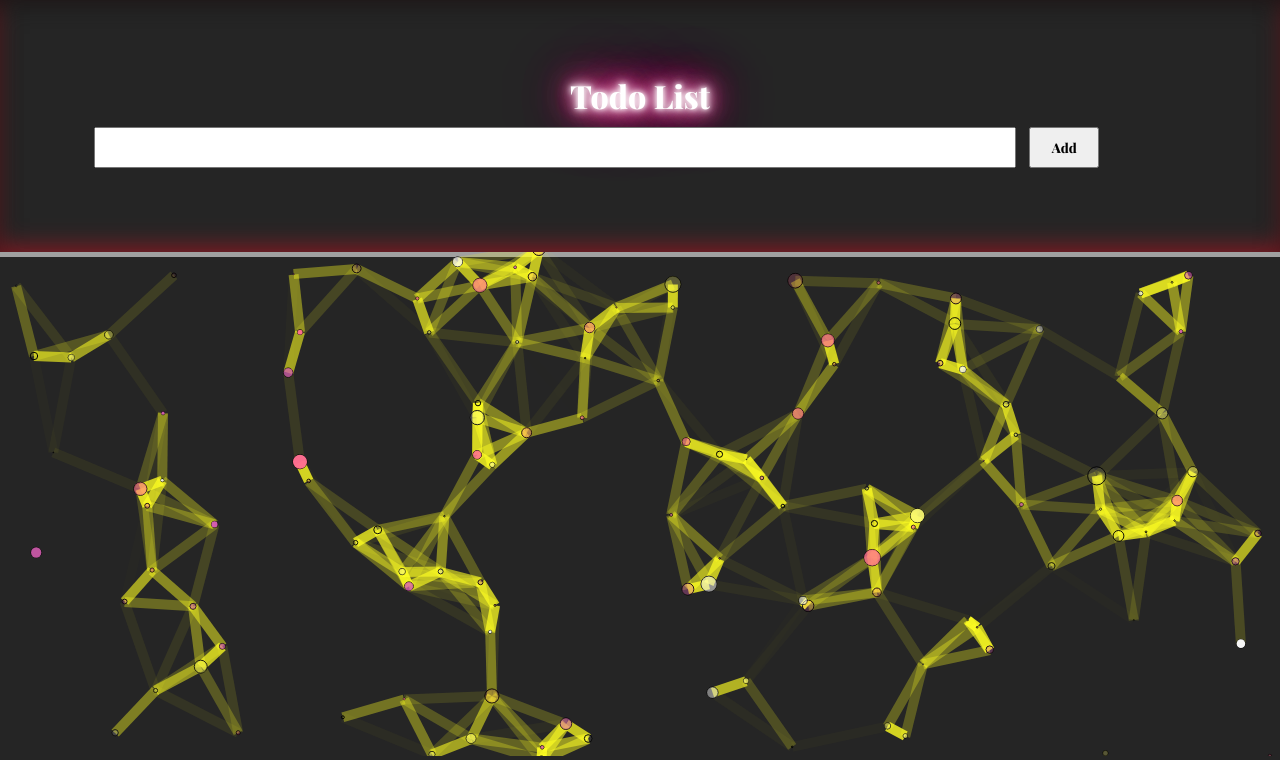
Repository: TENSAEA/----todo
Page: index.html
These files come from the project's save history. The page is drawn as it stood at one moment and after the next save; the edit follows.
The browser window is 1280 px wide. The pictures show the whole page.
Some web fonts or font styles are not loaded; a fallback is used.

Above is the page before, as saved 2023-10-12 22:31:37.

### index.html
<!DOCTYPE html>
<html lang="en">
  <head>
    <meta charset="UTF-8" />
    <meta name="viewport" content="width=device-width, initial-scale=1.0" />
    <title>TodoList</title>
    <link rel="stylesheet" href="style.css" />
  </head>
  <body>
    <div id="particle">
      <div class="container">
        <h1>Todo List</h1>
        <div class="header">
          <form class="form">
            <input type="text" id="add" />
            <label for="add"><button id="addBtn">Add</button></label>
          </form>
        </div>
        <div class="list-div">
          <!-- <div class="list-hide">
          <ul class="list">
            <li>
              <input class="list-text" type="text" id="edit" readonly />
              <label for="edit">
                <button class="edit">Edit</button
                ><button class="delete">Delete</button>
              </label>
            </li>
          </ul>
        </div> -->
        </div>
      </div>
    </div>
    <script src="particles.js"></script>
    <script src="https://cdn.jsdelivr.net/npm/particles.js@2.0.0/particles.min.js"></script>
    <script src="script.js"></script>
  </body>
</html>

### style.css
@import url('https://fonts.googleapis.com/css2?family=Bungee+Spice&family=Playfair+Display:wght@800&display=swap');

*{
   box-sizing:border-box;
   margin:0;
   padding:0;
   font-family: 'Bungee Spice', sans-serif;
font-family: 'Playfair Display', serif;}
body{
    background-color: #252525;
}

#particle{
    position: absolute;
      top: 0;
      left: 0;
      width: 100%;
      height: 70%;
      z-index: 2;

}

.container{
    -webkit-box-shadow: 0px 0px 0px 5px #A0A0A0, inset 0px 10px 27px -8px #141414, inset 0px -10px 27px -8px #A31925, 5px 5px 15px 5px rgba(0,0,0,0);
box-shadow: 0px 0px 0px 5px #A0A0A0, inset 0px 10px 27px -8px #141414, inset 0px -10px 27px -8px #A31925, 5px 5px 15px 5px rgba(0,0,0,0);
    display: flex;
    flex-direction: column;
    padding: 5%;
}

.container h1{
    padding:10px;
    text-align:center;
    color: #FFFFFF;
text-shadow: #FFF 0px 0px 5px, #FFF 0px 0px 10px, #FFF 0px 0px 15px, #FF2D95 0px 0px 20px, #FF2D95 0px 0px 30px, #FF2D95 0px 0px 40px, #FF2D95 0px 0px 50px, #FF2D95 0px 0px 75px;
color: #FFFFFF;


}

.header{
    padding-bottom: 20px;
}

#add{
    padding: 10px;
    width:80%;
    margin-left:30px;
}
.form label button{
    padding:10px;
    width:70px;
    margin-left:10px;
    cursor: pointer;
}

.list{
    padding-bottom: 20px;
}

.list li{
    list-style-type: none;
}

.list-div .list li .list-text{
    padding: 10px;
    width:60%;
    margin-left:60px;
}
.edit,.delete{
    padding:10px;
    width:70px;
    margin-left:10px;
    cursor: pointer;
}

@media (max-width:636px){
    .form label button{
        padding:10px;
        width:70px;
        margin:3% 40%;
        cursor: pointer;
    }
    .edit,.delete{
        padding:10px;
        width:70px;
        margin:2% 38%;
        cursor: pointer;
    }
    }

### particles.js
var config = {
  particles: {
    number: {
      value: 150,

      density: {
        enable: true,
        value_area: 786,
      },
    },
    color: {
      value: ["#ffffff", "#FF6F91", "#F9F871", "#D65DB1"],
    },
    shape: {
      type: "circle",
      stroke: {
        width: 1,
        color: "#000000",
      },
      polygon: {
        nb_sides: 12,
      },
      image: {
        src: "",
        width: 100,
        height: 100,
      },
    },
    opacity: {
      value: 1,
      random: true,
      anim: {
        enable: true,
        speed: 1,
        opacity_min: 0,
        sync: false,
      },
    },
    size: {
      value: 10,
      random: true,
      anim: {
        enable: true,
        speed: 3,
        size_min: 0.3,
        sync: false,
      },
    },
    line_linked: {
      enable: true,
      distance: 100,
      color: "#ff2",
      opacity: 1,
      width: 10,
    },
    move: {
      enable: true,
      speed: 1.3,
      direction: "top",
      random: true,
      straight: true,
      out_mode: "out",
      bounce: false,
      attract: {
        enable: true,
        rotateX: 2082.2488,
        rotateY: 3363.6328,
      },
    },
  },
  interactivity: {
    detect_on: "canvas",
    events: {
      onhover: {
        enable: true,
        mode: "grab",
      },
      onclick: {
        enable: true,
        mode: "repulse",
      },
      resize: true,
    },
    modes: {
      grab: {
        distance: 70,
        line_linked: {
          opacity: 0.5,
        },
      },
      bubble: {
        distance: 100,
        size: 5,
        duration: 8.598243,
        opacity: 0,
        speed: 3,
      },
      repulse: {
        distance: 150,
        duration: 0.8,
      },
      push: {
        particles_nb: 4,
      },
      remove: {
        particles_nb: 2,
      },
    },
  },
  retina_detect: true,
};

window.onload = function () {
  let clause = window.innerWidth < 768;
  config.particles.number.value = clause ? 80 : 150;
  particlesJS("particle", config);
};

### script.js
window.addEventListener("load", () => {
  let addInput = document.getElementById("add");
  let addBtn = document.getElementById("addBtn");

  addBtn.addEventListener("click", (e) => {
    e.preventDefault();
    console.log("clicked");
    let list = document.querySelector(".list-div");
    let ul = document.createElement("ul");
    ul.classList.add("list");
    let li = document.createElement("li");
    ul.appendChild(li);
    let input = document.createElement("input");
    input.classList.add("list-text");
    input.type = "text";
    input.id = "edit";
    input.setAttribute("readonly", "readonly");
    input.value = addInput.value;
    li.appendChild(input);

    let label = document.createElement("label");
    label.setAttribute("for", "edit");
    li.appendChild(label);
    let buttonOne = document.createElement("button");
    buttonOne.classList.add("edit");
    buttonOne.textContent = "Edit";
    label.appendChild(buttonOne);
    let buttonTwo = document.createElement("button");
    buttonTwo.classList.add("delete");
    buttonTwo.textContent = "Delete";
    label.appendChild(buttonTwo);

    let listHide = document.createElement("div");
    listHide.classList.add("list-hide");

    listHide.appendChild(ul);
    list.appendChild(listHide);

    buttonOne.addEventListener("click", () => {
      if (buttonOne.textContent.toLowerCase() == "edit") {
        input.removeAttribute("readonly");
        buttonOne.textContent = "Save";
        input.focus();
      } else {
        input.setAttribute("readonly", "readonly");
        buttonOne.textContent = "Edit";
      }
    });

    buttonTwo.addEventListener("click", () => {
      list.removeChild(listHide);
    });
  });
});

After the next save:
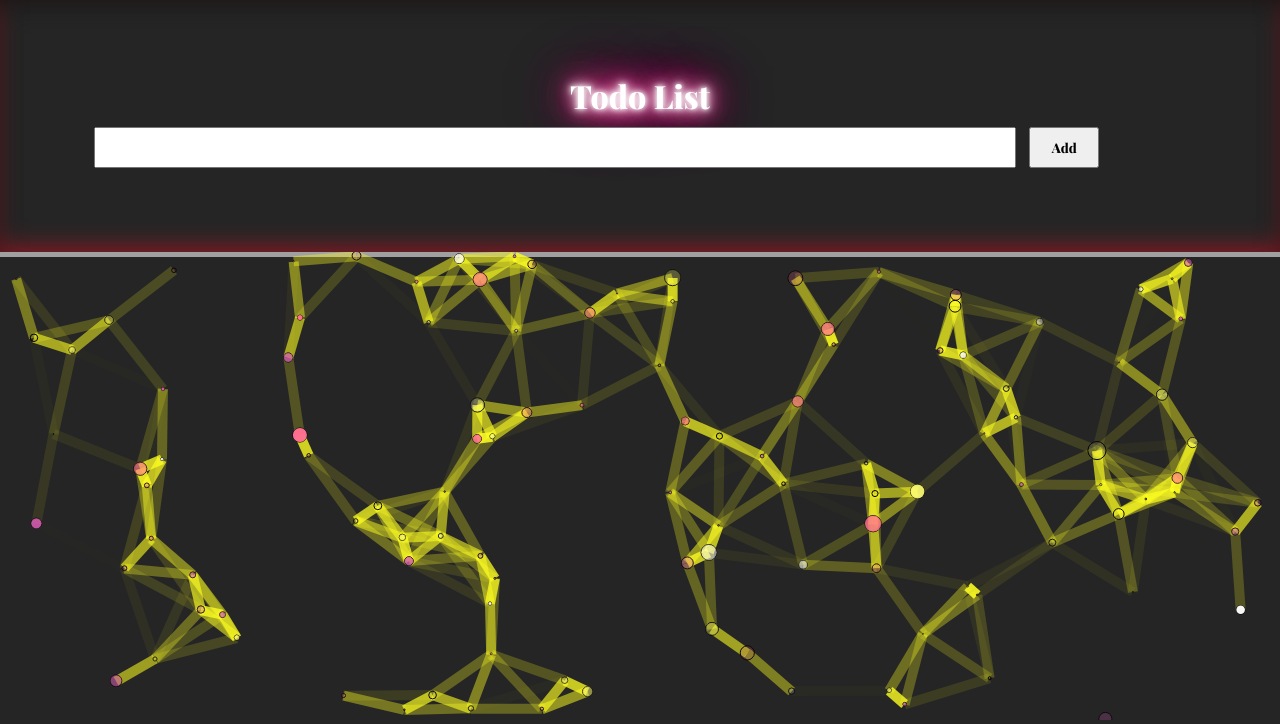
Saved 14 s later.
--- a/style.css
+++ b/style.css
@@ -15,7 +15,7 @@ body{
       top: 0;
       left: 0;
       width: 100%;
-      height: 70%;
+      height: 65%;
       z-index: 2;
 
 }
